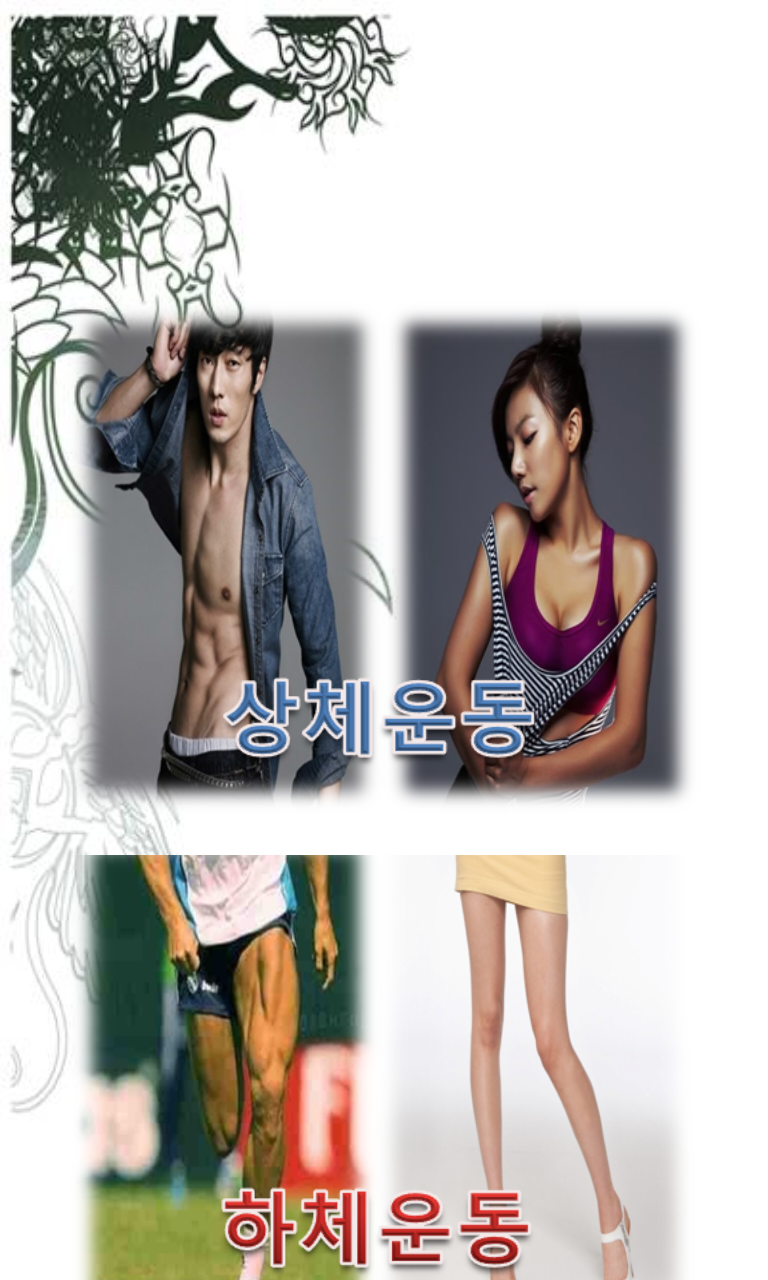
Repository: LewisLim579/2013TeamProject
Layout: PtsApp/res/layout/howtoex.xml
An editor plug-in stored every save of this project. The layout is shown before and after the next save, followed by the edit.
It is drawn on a 768 x 1280 px phone screen (xhdpi) without system bars, with theme android:Theme.NoTitleBar.Fullscreen; the app's code is not run.

Above is the layout before, as saved 2013-05-24 17:56:46.

After the next save:
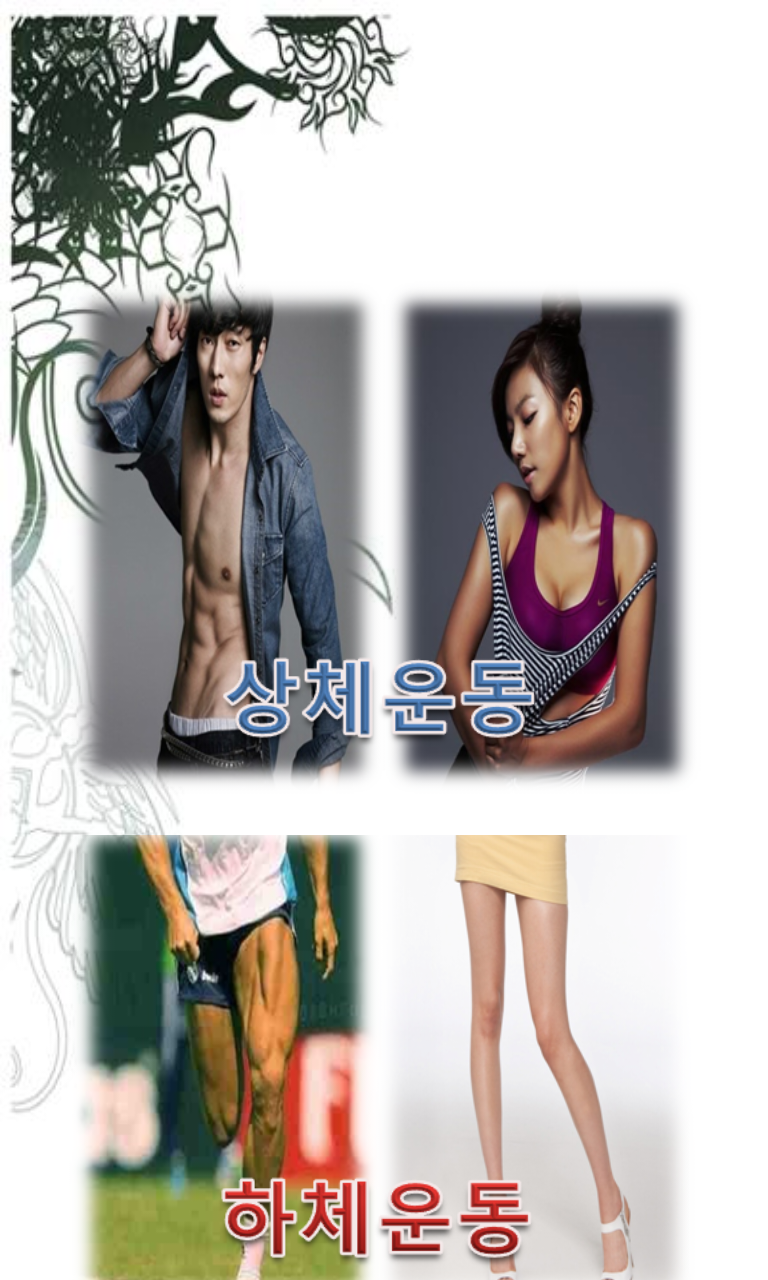
Saved 4 min 42 s later.
--- a/PtsApp/res/layout/howtoex.xml
+++ b/PtsApp/res/layout/howtoex.xml
@@ -10,7 +10,7 @@
         android:layout_width="match_parent"
         android:layout_height="wrap_content"
         android:orientation="vertical"
-        android:layout_marginTop="150dp" >
+        android:layout_marginTop="140dp" >
 
         <ImageButton
             android:id="@+id/imageButton1"
